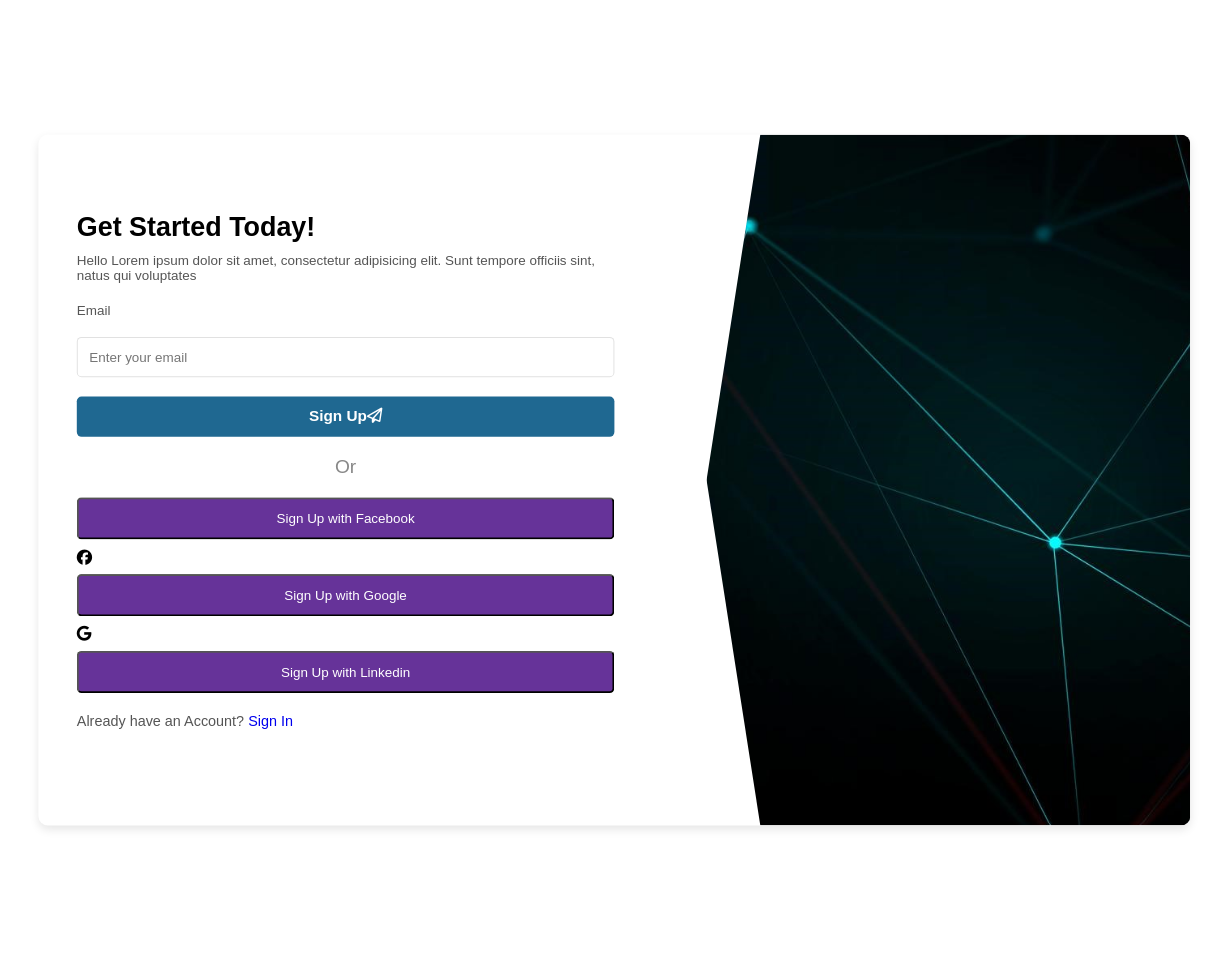
Repository: Femi007-gh/Login-V2
Page: index.html
An editor plug-in stored every save of this project. The page is shown before and after a run of saves, followed by the edit.
The browser window is 1280 px wide. The pictures show the whole page, at 96% of full size.

Above is the page before, as saved 2025-01-27 15:16:57.

### index.html
<html>
    <head>
        <title>Login-interface</title>
  <link rel="stylesheet" href="style.css">
  <link rel="stylesheet" href="https://cdnjs.cloudflare.com/ajax/libs/font-awesome/6.5.0/css/all.min.css">
    </head>
    <body>
        <div class="container">
            <div class="left-session">
                <div class="form-container">
                    <h1>Get Started Today!</h1>
                    <p> Hello Lorem ipsum dolor sit amet, consectetur adipisicing elit. Sunt tempore officiis sint, natus qui voluptates </p>
                    <form>
                        <div class="input-group">
                            <p>Email</p>
                            <input type="email" id="email" placeholder="Enter your email" required>
                        </div>
                        <button class="primary-btn" type="submit">Sign Up<i class="fa-regular fa-paper-plane"></i></button>
                    </form>
                    <p class="divider">Or</p>
                    <div class="social-buttons">
                        <button class="social-btn facebook-btn">
                            Sign Up with Facebook
                        </button>
                        <i class="fa-brands fa-facebook"></i>
                        <button class="social-btn google-btn">
                            Sign Up with Google
                        </button>
                        <i class="fa-brands fa-google"></i>
                        <button class="social-btn Linkedin-btn">
                            Sign Up with Linkedin
                        </button>
                    </div>
                    <p class="signin-text">Already have an Account? <a href="#">Sign In</a></p>
                </div>
            </div>
            <div class="right-section"></div>
        </div>
    </body>
</html>

### style.css
* {
   padding: 0;
   margin: 0;
   box-sizing: border-box;
}

body {
    font-family: sans-serif;
    background-color: #fff;
    display: flex;
    justify-content: center;
    align-items: center;
    height: 1000px;
}

.container {
  display: flex;
  max-width: 1200px;
  width: 100%;
  background-color: #fff;
  border-radius: 10px;
  overflow: hidden;
  box-shadow: 0 4px 10px rgba(0, 0, 0, 0.1);
}

.left-session {
  flex: 1;
  padding: 40px;
  display: flex;
  justify-content: center;
  align-items: center;
}

h1 {
  font-size: 28px;
  font-weight: bold;
  margin-bottom: 10px;
}

p {
  font-size: 14px;
  color: #555;
  margin-bottom: 20px;
}

.input-group {
  margin-bottom: 20px;
}

.input-group input {
  width: 100%;
  padding: 12px;
  font-size: 14px;
  border: 1px solid #dddd;
  border-radius: 5px;
}

.primary-btn {
  width: 100%;
  padding: 12px;
  background-color: #1F6891;
  color: white;
  border: none;
  border-radius: 5px;
  font-size: 16px;
  font-weight: bold;
  cursor: pointer;
}

.primary-btn:hover {
  background-color: #005a8c;
}

.divider {
  font-size: 20px;
  color: #888;
  margin: 20px 0;
  text-align: center;
}

.social-buttons {
  display: flex;
  flex-direction: column;
  gap: 10px;
}

.social-btn {
  width: 100%;
  padding: 12px;
  font-size: 14px;
  border-radius: 5px;
  color: white;
  display: flex;
  align-items: center;
  justify-content: center;
  background-color: rebeccapurple;
}

.signin-text {
  font-size: 15px;
  margin-top: 20px;
}

.signin-text a {
  text-decoration: none;
}

.right-section {
  flex: 1;
  background: url(ART.jpg) no-repeat center center/cover;
  clip-path: polygon(20% 0%, 100% 0%, 100% 100%, 20% 100%, 10% 50%);
  height: 100vh; /* Adjust height as needed */
}

After the next 2 saves:
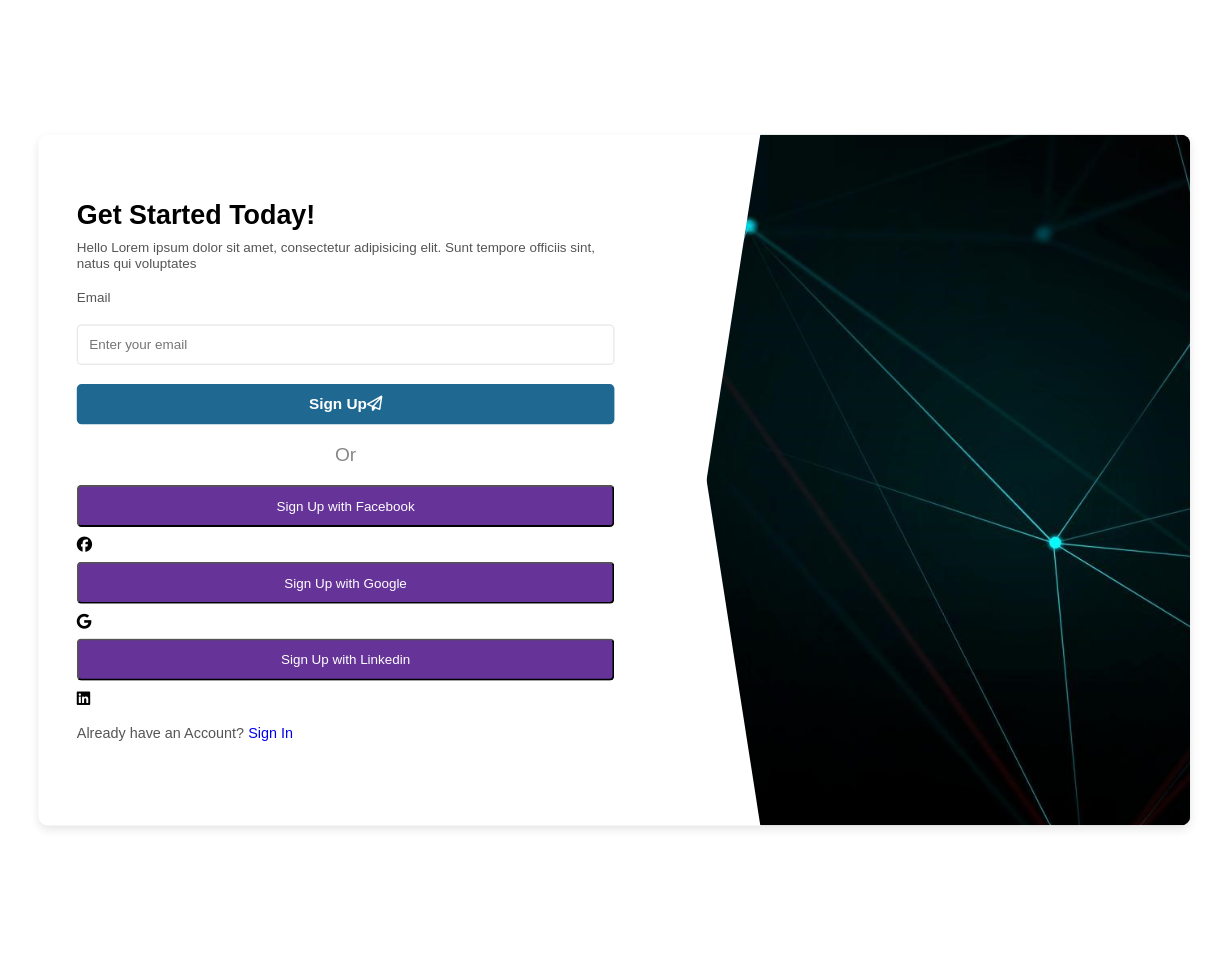
The 2 saves are shown as one change because they came seconds apart.
The last was saved 24 s later.
--- a/index.html
+++ b/index.html
@@ -30,6 +30,7 @@
                         <button class="social-btn Linkedin-btn">
                             Sign Up with Linkedin
                         </button>
+                        <i class="fa-brands fa-linkedin"></i>
                     </div>
                     <p class="signin-text">Already have an Account? <a href="#">Sign In</a></p>
                 </div>
